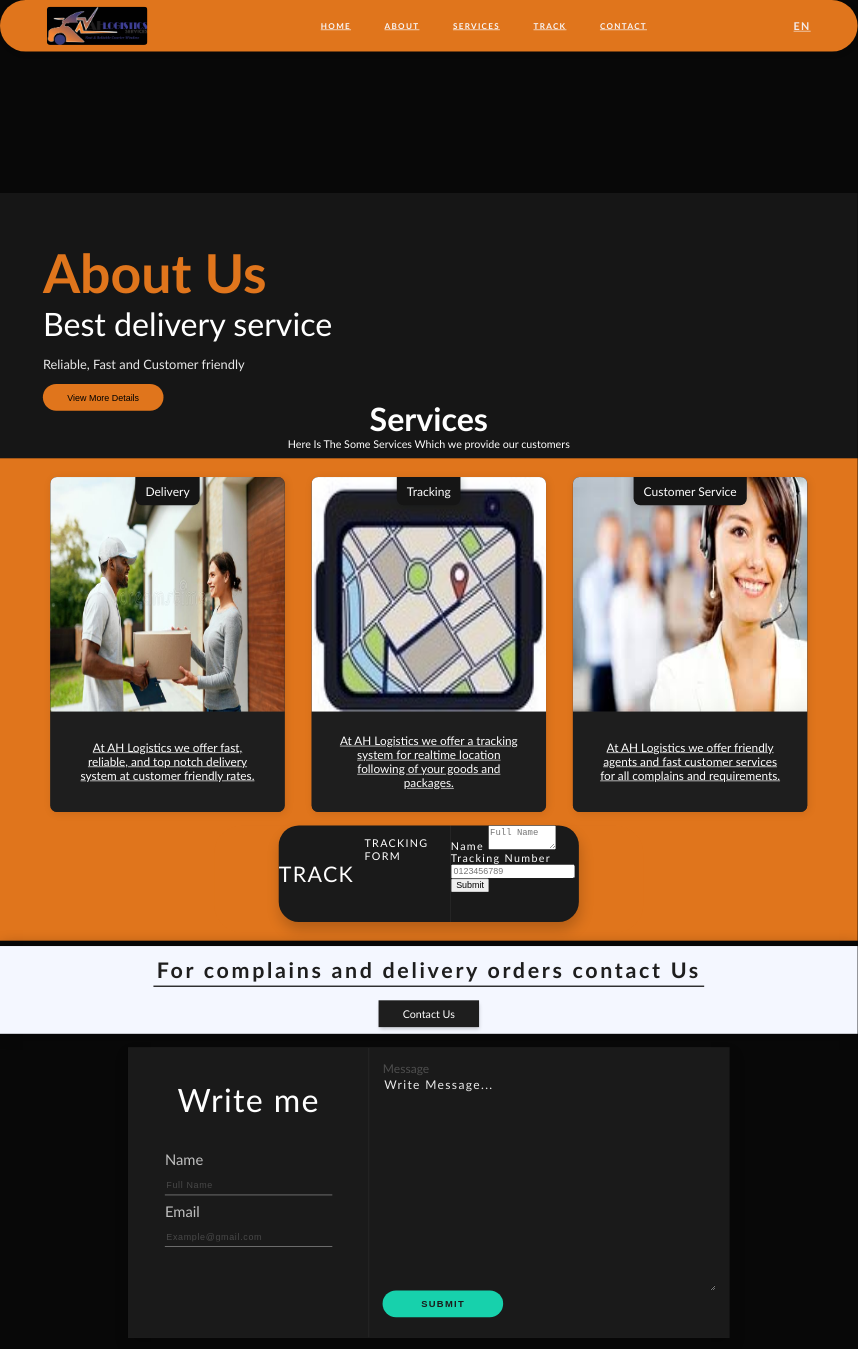
Repository: TheSecretlifeOfX/Ah-Logistics
Page: index.html
These files come from the project's save history. The page is drawn as it stood at one moment and after the next save; the edit follows.
The browser window is 1280 px wide. The pictures show the whole page, at 67% of full size.

Above is the page before, as saved 2022-03-02 15:39:15.

### index.html
<html>
<head>
<meta charset="utf-8">
<meta http-equiv="X-UA-Compatible" content="IE-edge">
<meta name="viewport" content="width=device-width, intial-scale=1.0">
<title>Logistics Website</title>
<link rel="stylesheet" href="./css/home.css">
</head>
<body>
<section id="main">
	<nav>
	<a href="#" class="logo"><img src="images/logo.jpg"></a>
	<div class="toggle"></div>
	<ul class="menu">
	<li class="active"><a href="#main" >Home</a></li>
	<li><a href="#about">About</a></li>
	<li><a href="#services">Services</a></li>
	<li><a href="#Tracking-Form">Track</a></li>
    <li><a href="#contact-form">Contact</a></li>
	</ul>
	<a href="#" class="lang">En</a>
	</nav>
    </section>
</div>
<section id="about">
	<div class="about-text">
	<h1>About Us</h1>
	<h2>Best delivery service</h2>
	<p>Reliable, Fast and Customer friendly</p>
	<button>View More Details</button>
	</div>
</section>
<section id="services">
<div class="s-heading">
<h1>Services</h1>
<p>Here Is The Some Services Which we provide our customers</p>
</div>
<div class="b-container">
<div class="s-box">
<div class="s-b-img">
    <div class="s-type">Delivery</div>
    <img src="images/delivery.jpg">
</div>
<div class="s-b-text">
<a href="#">At AH Logistics we offer fast, reliable, and top notch delivery system at customer friendly rates.</a>
</div>
</div>
<div class="s-box">
<div class="s-b-img">
    <div class="s-type">Tracking</div>
    <img src="images/track.jpg">
</div>
<div class="s-b-text">
<a href="#">At AH Logistics we offer a tracking system for realtime location following of your goods and packages.</a>
</div>
</div>
<div class="s-box">
<div class="s-b-img">
    <div class="s-type">Customer Service</div>
    <img src="images/customer.jpg">
</div>
<div class="s-b-text">
<a href="#">At AH Logistics we offer friendly agents and fast customer services for all complains and requirements.</a>
</div>
</div>
</div>
</div>
<section id=Tracking-Form>
<form>
<div class="track-center">
	<h1 class="T-Heading">Track</h1></div>
<div class="Track-left">
<p class=T-2-Body>Tracking Form</p></div>
<div class="Track-right">
	<div class="C-Name">
	<font >Name</font>
	<textarea name="message" rows="2" cols="10" placeholder="Full Name"></textarea>
	<div class="f-Num">
		<font >Tracking Number</font>
		<input type="Number" placeholder="0123456789"/>
	<button>Submit</button>
	</div>
</section>
</form>
<section id="contact-btn">
	<h1 class="c-b-heading">For complains and delivery orders contact Us</h1>
		<button >Contact Us</button>
	</section>
<!--contact-form------------------->
<section id="contact-form">
<form>
<!--left--------------------------------------->
<div class="contact-left">
<h1 class="c-l-heading">Write me</h1>
<div class="f-name">
<font >Name</font>
<input type="text" placeholder="Full Name"/>
</div>
<div class="f-email">
<font >Email</font>
<input type="email" placeholder="Example@gmail.com"/>
</div>
</div>
<div class="contact-right">

<div class="message">
<font >Message</font>
<textarea name="message" rows="5" cols="20" placeholder="Write Message..."></textarea>
<button>Submit</button>
</div>
</form>
</section>
</section>
</body>
</html>

### css/home.css
body{
	margin:0px;
	padding:0px;
	background-color: #080808;
	background-size: 100%;
	min-height: 100vh;
	}
	#main{
		width:100%;
		height: 40vh;
		}
		nav{
			display:flex;
			justify-content: space-between;
			align-items: center;
			text-transform: uppercase;
			font-weight: 600;
			letter-spacing: 2px;
			font-family: calibri;
			top: 0;
			left: 10px;
			width:100%;
			box-sizing: border-box;
			padding: 5px 70px;
			background-color:#e0751c;
			box-shadow:2px 2px 12px rgba(0,0,0,0.05);
			z-index: 1;
			border-radius: 50px;
			}
			.menu{
			display: flex;

			}
			.menu li a{
			padding: 10px 25px;
			color:#f8f8fa;
			font-size: 12px;
			display:inline-block;
			}
			li{display:inline-block}
			.lang{
			color:#f3ecec;
			}
			.logo > img {
				width: 100%;
				height: 100%;
				max-width: 150px;
				display: flex;
				justify-content: center;
				align-items: center;
				text-align: center;
				margin-left: 0px;
				border-radius: 5px;
				 }
			.toggle{
			display: none;
			}
			.menu li a:hover{
			background-color:#292929;
			color:#FFF!important;
			font-weight: bold;
			transition: all ease 0.4s;
			}
			.lang:hover{
				background-color:#292929;
			color:#FFF!important;
			font-weight: bold;
			transition: all ease 0.4s;
			}
			#about{
				width:100%;
				height: 55vh;
				background-color:#161616;
				box-sizing: border-box;
				display: flex;
				align-items: center;
				justify-content: space-between;
				padding: 0px 5% 0px 5%;
			}
			.about-text{
				font-family: calibri;
				width: 50%;
			}
			.about-text h1{
				font-size: 5rem;
				color:#e0751c;
			}
			.about-text h2{
				font-size: 3rem;
				color:#FFFFFF;
				font-weight: 400;
			}
			.about-text h1,h2{
				margin: 0px;
				padding: 0px;
			}
			.about-text p{
				font-size: 1.2rem;
				color:rgba(255,255,255,0.90);

			}
			.about-text button{
				width: 180px;
				height: 40px;
				border-radius: 20px;
				border: none;
				outline: none;
				background-color:#e0751c;
			}
			.about-text button:hover{
				background-color: #FFFFFF;
				transition: all ease 0.3s;
			}
			#services{
				width:100%;
			height:100vh;
			box-sizing: border-box;
			font-family: calibri;
			display: flex;
			flex-direction: column;
			align-items: center;
			justify-content: center;
			padding-top: 500px ;
			background-color:#e0751c;
		}

		.s-heading h1{
			color:#FFFFFF;
			font-size: 3rem;
			margin: 0px;
			padding: 0px;

		}
		.s-heading p{
			color:rgb(255, 255, 255);
			font-size: 1rem;
			margin: 0px;
			padding: 0px;
		}
		.s-heading{
			text-align: center;
			margin: 20px 0px;
		}
		.s-box{
			background-color: #2B2B2B;
			width:350px;
			height: 500px;
			margin: 20px;
			border-radius: 10px;
			overflow: hidden;
			box-shadow: 2px 2px 12px rgba(0,0,0,0.1);
			position: relative;
		}
		.b-container{
			display: flex;
			justify-content: center;
			align-content: center;


		}
		.s-b-img{
			width: 100%;
			height: 70%;

		}
		.s-b-img img{
			width:100%;
			height: 100%;

		}
		.s-b-text{
			width: 100%;
			height: 30%;
			background-color:#1E1E1E;
			display:flex;
			justify-content: center;
			align-items: center;
			text-align: center;
		}
		.s-b-text a{
			margin: 0px;
			color:#FFFFFF;
			font-size: 1.1rem;
			font-family: calibri;
			display: block;
			display: -webkit-box;
			max-width: 80%;
			-webkit-line-clamp: 4;
			-webkit-box-orient: vertical;
			overflow: hidden;
			text-overflow: ellipsis;
		}
		.s-b-text a:hover{
			color:rgba(255,255,255,0.50)
		}
		.s-type{
			font-family: calibri;
			color:#FFFFFF;
			background-color: #151515;
			padding: 10px 15px;
			position: absolute;
			top: 0px;
			left: 50%;
			transform: translateX(-50%);
			font-size: 18px;
			border-radius: 0px 0px 10px 10px;
			box-shadow: 2px 2px 12px rgba(0,0,0,0.2);
		}
		.s-box:hover{
			transform:translateY(-10px);
			transition: all ease 0.3s;

		}
		#Tracking-Form{
			width: 50%;
			height: 100vh;
			display: flex;
			justify-content: center;
			align-items: center;
			background-color:#e0751c;
			border-radius: 40px;
		}
		#Tracking-Form form{
			display: flex;
			width: 70%;
			height: 20vh;
			background-color: #1A1A1A;
			box-shadow: 2px 12px 20px rgba(0,0,0,0.2);
			border-radius: 30px
		}
		.Track-Center{
			width: 40%;
			height: 100%;
			display: flex;
			flex-direction: row;
			align-items: center;
			text-transform: uppercase;
		}
		.Track-left{
			width: 40%;
			height: 100%;
			display: flex;
			flex-direction: column;
			align-items: center;
			text-transform: uppercase;
		}
		.Track-right{
			width: 60%;
			height: 100%;
			box-sizing: border-box;
			display: flex;
			flex-direction: column;
			justify-content: space-between;
			border-left: 1px solid rgba(255,255,255,0.08);
		}
		.contact-right button{
			width: 100%;
			height: 50px;
			background-color: #e0751c;
			font-weight: bold;
			outline: none;
			border: none;
			margin: 0px;
			color:#1B1B1B;
			font-size: 14px;
			text-transform: uppercase;
			letter-spacing: 2px;
		}
		.T-Heading{
			font-family: calibri;
			color:#fffefe;
			font-size: 2rem;
			letter-spacing: 2px;
			font-weight: 250;
			}
		.T-2-body{
			font-family: calibri;
			color:#FFFFFF;
			font-size: 1rem;
			letter-spacing: 2px;
			font-weight: 200;
		}
		.C-Name{
			font-family: calibri;
			color:#FFFFFF;
			font-size: 1rem;
			letter-spacing: 2px;
			font-weight: 200;
		}
		.F-Num{
			font-family: calibri;
			color:#FFFFFF;
			font-size: 1rem;
			letter-spacing: 2px;
			font-weight: 200;
		}
		#contact-btn{
			width: 100%;
			display: flex;
			flex-direction: column;
			justify-content:center;
			align-items: center;
			height: 200px;
			background-color: #F4F7FF;
			margin: 20px 0px;
			box-sizing: border-box;
			box-shadow:2px 0px 20px rgba(0,0,0,0.4);
		}
		.c-b-heading{
			font-size: 2rem;
			color:#1E1E1E;
			font-family: calibri;
			margin: 10px;
			padding: 5px;
			letter-spacing: 4px;
			border-bottom: 2px solid #1E1E1E;

		}
		#contact-btn button{
			color:#FFFFFF;
			font-size: 1rem;
			font-family: calibri;
			width:150px;
			height: 40px;
			margin: 10px;
			background-color: #1E1E1E;
			border: none;
			outline: none;
			box-shadow: 2px 5px 6px rgba(0,0,0,0.2);
		}
		#contact-btn button:hover{
			background-color: #17d1ac;
			color:#000000;
			transition: all ease 0.5s;
			font-weight: bold;
		}
		#contact-form{
			width: 100%;
			height: 90vh;
			display: flex;
			justify-content: center;
			align-items: center;

		}
		#contact-form form{
			display: flex;
			width: 70%;
			height: 60vh;
			background-color: #1A1A1A;
			box-shadow: 2px 12px 20px rgba(0,0,0,0.2);
			border: 1px solid rgba(255,255,255,0.01)
		}

		.contact-left{
			width: 40%;
			height: 100%;
			display: flex;
			flex-direction: column;
			align-items: center;
		}
		.contact-right{
			width: 60%;
			height: 100%;
			box-sizing: border-box;
			display: flex;
			flex-direction: column;
			justify-content: space-between;
			border-left: 1px solid rgba(255,255,255,0.08);
		}
		.contact-right button{
			width: 100%;
			height: 50px;
			background-color: #e0751c;
			font-weight: bold;
			outline: none;
			border: none;
			margin: 0px;
			color:#1B1B1B;
			font-size: 14px;
			text-transform: uppercase;
			letter-spacing: 2px;

		}
		.c-l-heading{
			font-family: calibri;
			color:#FFFFFF;
			font-size: 3rem;
			letter-spacing: 2px;
			font-weight: 400;

		}
		.f-name,.f-email{
			display: flex;
			flex-direction: column;
			font-family: calibri;

		}
		.f-name font,.f-email font{
			color:#BFBFBF;
			font-size: 22px;
		}
		.f-name input,.f-email input{
			height: 30px;
			width:250px;
			border: none;
			outline: none;
			background-color:transparent;
			border-bottom: 1px solid #929292;
			color:#FFFFFF;
			margin: 10px 0px;
		}
		.f-email input::placeholder,
		.f-name input::placeholder{
			opacity: 0.5;
			letter-spacing: 1px;
		}
		.f-email input:focus,
		.f-name input:focus{
			border-bottom: 1px solid #0d0e0d;
			transition: all ease 0.5s;
		}.message font{
			font-size: 18px;
			color:#4E4E4E;
			font-family: calibri;

		}
		.message{
			margin: 20px;
		}
		.contact-right textarea{
			width: 100% !important;
			height: 320px !important;
			border: none;
			outline: none;
			background-color:transparent;
			box-sizing: border-box;
			color:#EBEBEB;
			font-size: 16px;
		}
		.contact-right textarea::placeholder{
			color:#EBEBEB;
			font-size: 18px;
			letter-spacing: 2px;
			font-family: calibri;
		}
		.contact-right button:active{
			transform: scale(1.04);
			transition: all ease 0.1s;
		}
		.message button{
			width: 180px;
			height: 40px;
			border-radius: 20px;
			border: none;
			outline: none;
			background-color:#17d1ac;
		}
		  .message button:hover{
			background-color: #d8d8e4;
			transition: all ease 0.3s;
		  }

After the next save:
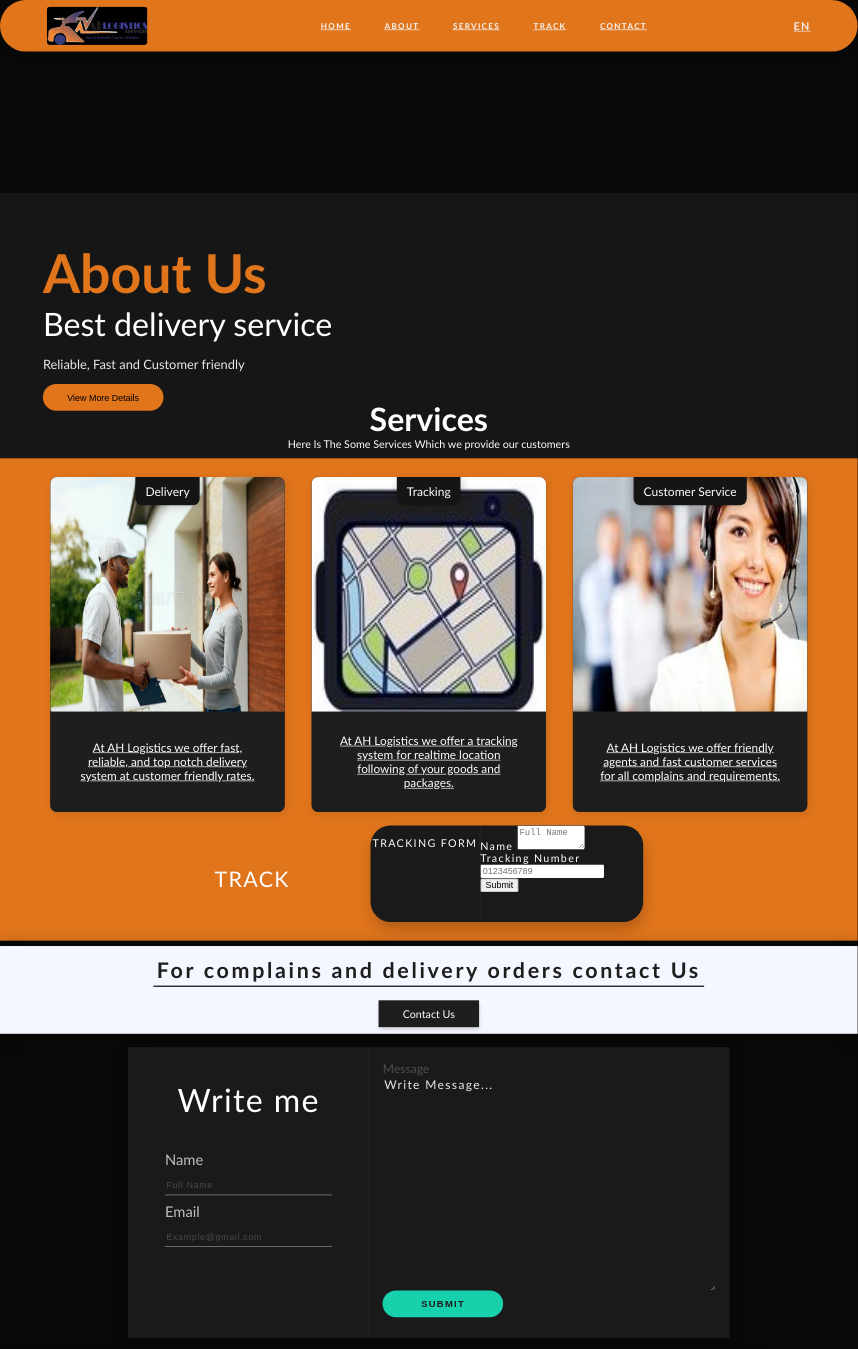
Saved 95 s later.
--- a/index.html
+++ b/index.html
@@ -66,9 +66,10 @@
 </div>
 </div>
 <section id=Tracking-Form>
+	<div class="track-center">
+		<h1 class="T-Heading">Track</h1></div>
 <form>
-<div class="track-center">
-	<h1 class="T-Heading">Track</h1></div>
+
 <div class="Track-left">
 <p class=T-2-Body>Tracking Form</p></div>
 <div class="Track-right">

After the save that followed:
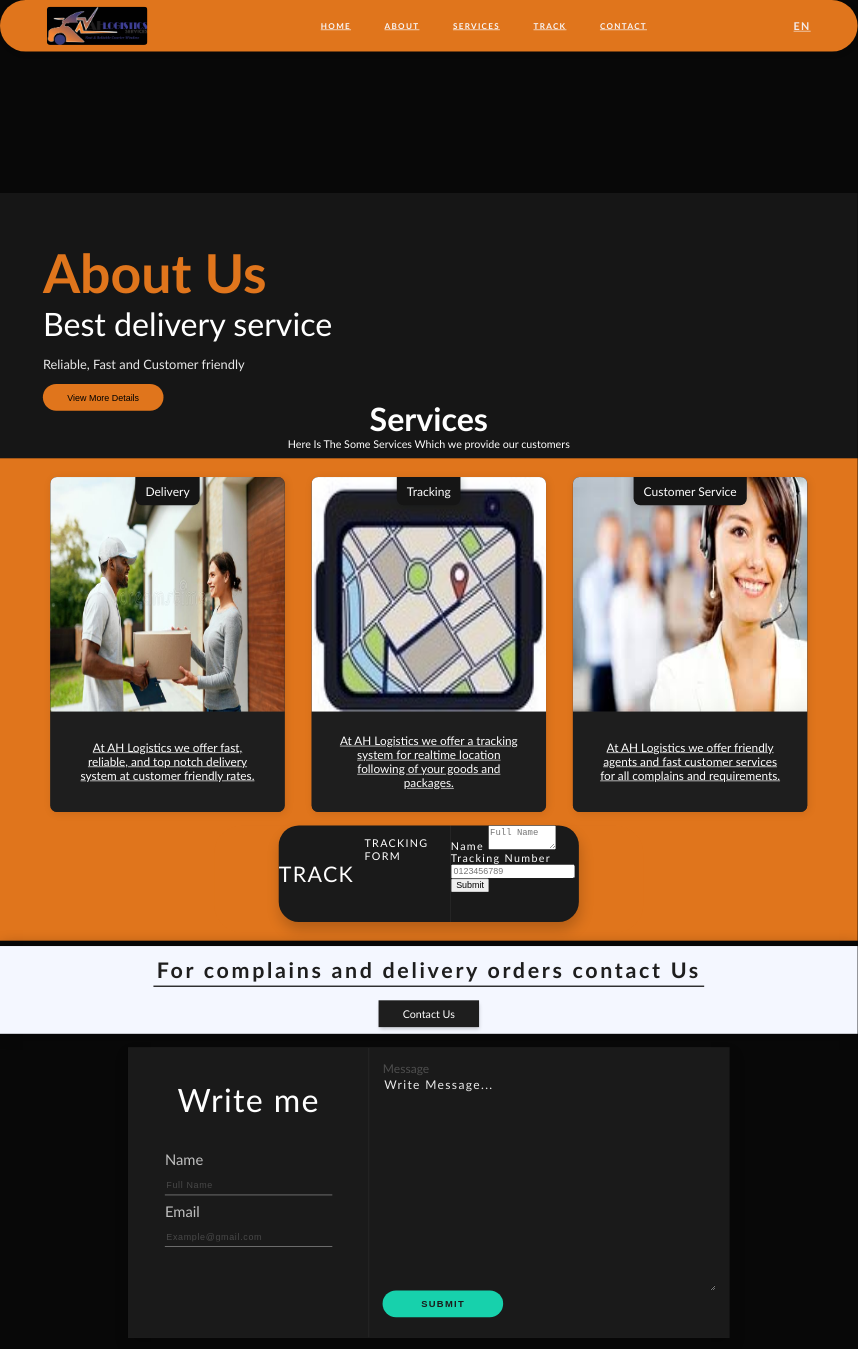
Saved 26 s later.
--- a/index.html
+++ b/index.html
@@ -66,10 +66,9 @@
 </div>
 </div>
 <section id=Tracking-Form>
-	<div class="track-center">
-		<h1 class="T-Heading">Track</h1></div>
 <form>
-
+<div class="track-center">
+	<h1 class="T-Heading">Track</h1></div>
 <div class="Track-left">
 <p class=T-2-Body>Tracking Form</p></div>
 <div class="Track-right">
